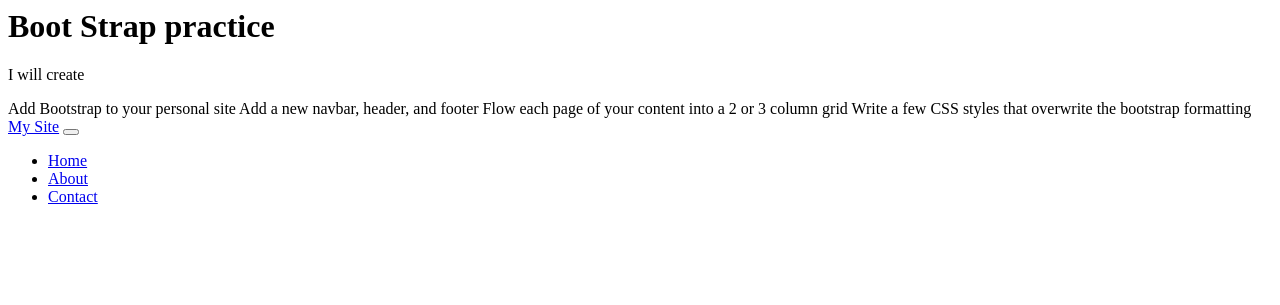
Repository: ayannasampson/bootstrappractice
Page: bs.html
These files come from the project's save history. The page is drawn as it stood at one moment and after the next save; the edit follows.
The browser window is 1280 px wide. The pictures show the whole page.

Above is the page before, as saved 2023-03-20 23:35:31.
Console error: TypeError: Cannot read properties of undefined (reading 'fn')

### bs.html
<html>
    <body>

        <h1>Boot Strap practice</h1>
        <p>I will create </p>
        <ls>
            Add Bootstrap to your personal site</ls>
<ls>Add a new navbar, header, and footer</ls>
<ls></ls>Flow each page of your content into a 2 or 3 column grid</ls>
<ls>Write a few CSS styles that overwrite the bootstrap formatting</ls>
     <script src="https://maxcdn.bootstrapcdn.com/bootstrap/4.0.0/js/bootstrap.min.js"></script>
    </body>
    <nav class="navbar navbar-expand-md navbar-dark bg-dark">
        <a class="navbar-brand" href="#">My Site</a>
        <button class="navbar-toggler" type="button" data-toggle="collapse" data-target="#navbarNav" aria-controls="navbarNav" aria-expanded="false" aria-label="Toggle navigation">
          <span class="navbar-toggler-icon"></span>
        </button>
        <div class="collapse navbar-collapse" id="navbarNav">
          <ul class="navbar-nav">
            <li class="nav-item active">
              <a class="nav-link" href="#">Home</a>
            </li>
            <li class="nav-item">
              <a class="nav-link" href="#">About</a>
            </li>
            <li class="nav-item">
              <a class="nav-link" href="#">Contact</a>
            </li>
          </ul>
        </div>
      </nav>


</html>

After the next save:
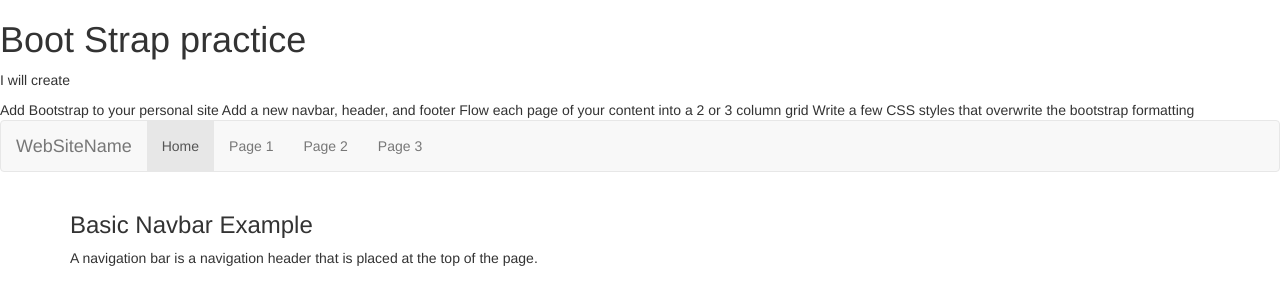
Saved 35 s later.
--- a/bs.html
+++ b/bs.html
@@ -10,25 +10,38 @@
 <ls>Write a few CSS styles that overwrite the bootstrap formatting</ls>
      <script src="https://maxcdn.bootstrapcdn.com/bootstrap/4.0.0/js/bootstrap.min.js"></script>
     </body>
-    <nav class="navbar navbar-expand-md navbar-dark bg-dark">
-        <a class="navbar-brand" href="#">My Site</a>
-        <button class="navbar-toggler" type="button" data-toggle="collapse" data-target="#navbarNav" aria-controls="navbarNav" aria-expanded="false" aria-label="Toggle navigation">
-          <span class="navbar-toggler-icon"></span>
-        </button>
-        <div class="collapse navbar-collapse" id="navbarNav">
-          <ul class="navbar-nav">
-            <li class="nav-item active">
-              <a class="nav-link" href="#">Home</a>
-            </li>
-            <li class="nav-item">
-              <a class="nav-link" href="#">About</a>
-            </li>
-            <li class="nav-item">
-              <a class="nav-link" href="#">Contact</a>
-            </li>
-          </ul>
-        </div>
-      </nav>
+    <html lang="en">
+<head>
+  <title>Bootstrap Example</title>
+  <meta charset="utf-8">
+  <meta name="viewport" content="width=device-width, initial-scale=1">
+  <link rel="stylesheet" href="https://maxcdn.bootstrapcdn.com/bootstrap/3.4.1/css/bootstrap.min.css">
+  <script src="https://ajax.googleapis.com/ajax/libs/jquery/3.6.3/jquery.min.js"></script>
+  <script src="https://maxcdn.bootstrapcdn.com/bootstrap/3.4.1/js/bootstrap.min.js"></script>
+</head>
+<body>
+
+<nav class="navbar navbar-default">
+  <div class="container-fluid">
+    <div class="navbar-header">
+      <a class="navbar-brand" href="#">WebSiteName</a>
+    </div>
+    <ul class="nav navbar-nav">
+      <li class="active"><a href="#">Home</a></li>
+      <li><a href="#">Page 1</a></li>
+      <li><a href="#">Page 2</a></li>
+      <li><a href="#">Page 3</a></li>
+    </ul>
+  </div>
+</nav>
+
+<div class="container">
+  <h3>Basic Navbar Example</h3>
+  <p>A navigation bar is a navigation header that is placed at the top of the page.</p>
+</div>
+
+</body>
+</html>
 
 
 </html>
